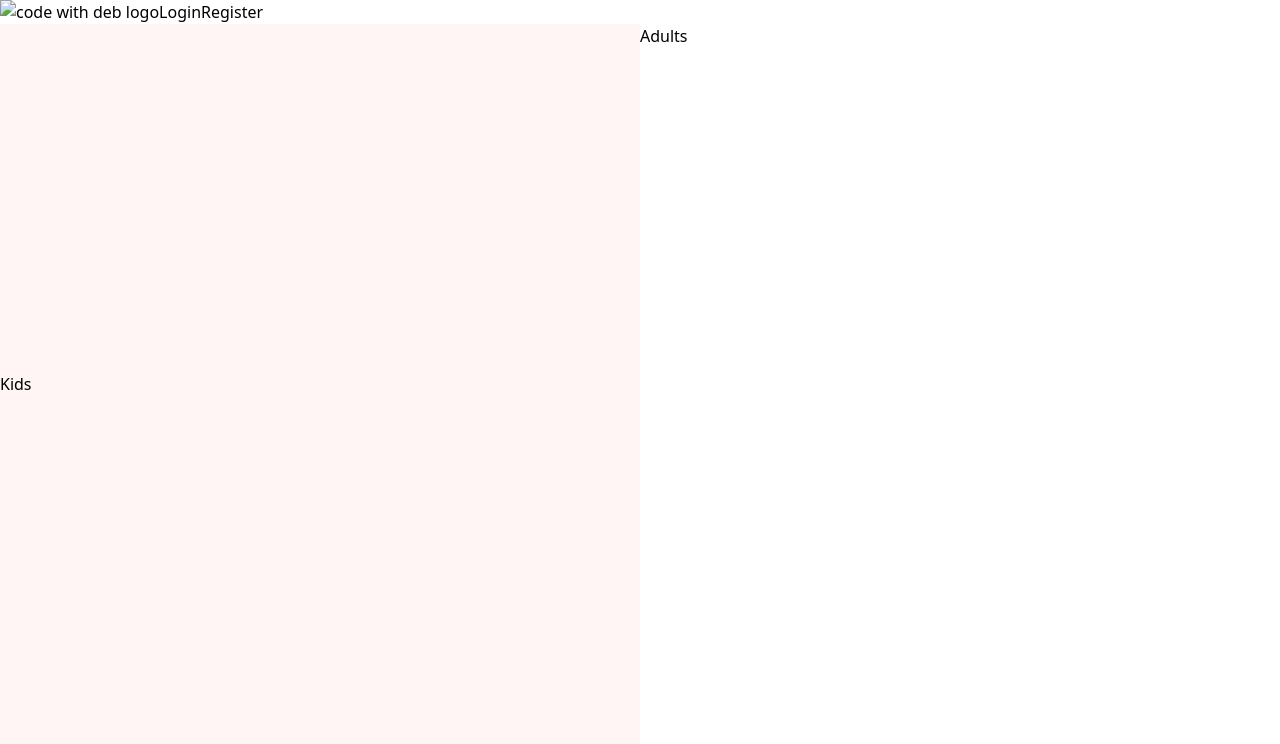
Repository: latenightsnacc/codewithdeb
Page: index.html
The author's editor kept a copy of each file at every save. The page is drawn from the files as they stood at one save, then again after the next save.
The browser window is 1280 px wide. The pictures show the whole page.

Above is the page before, as saved 2020-11-25 13:19:59.

After the next save:
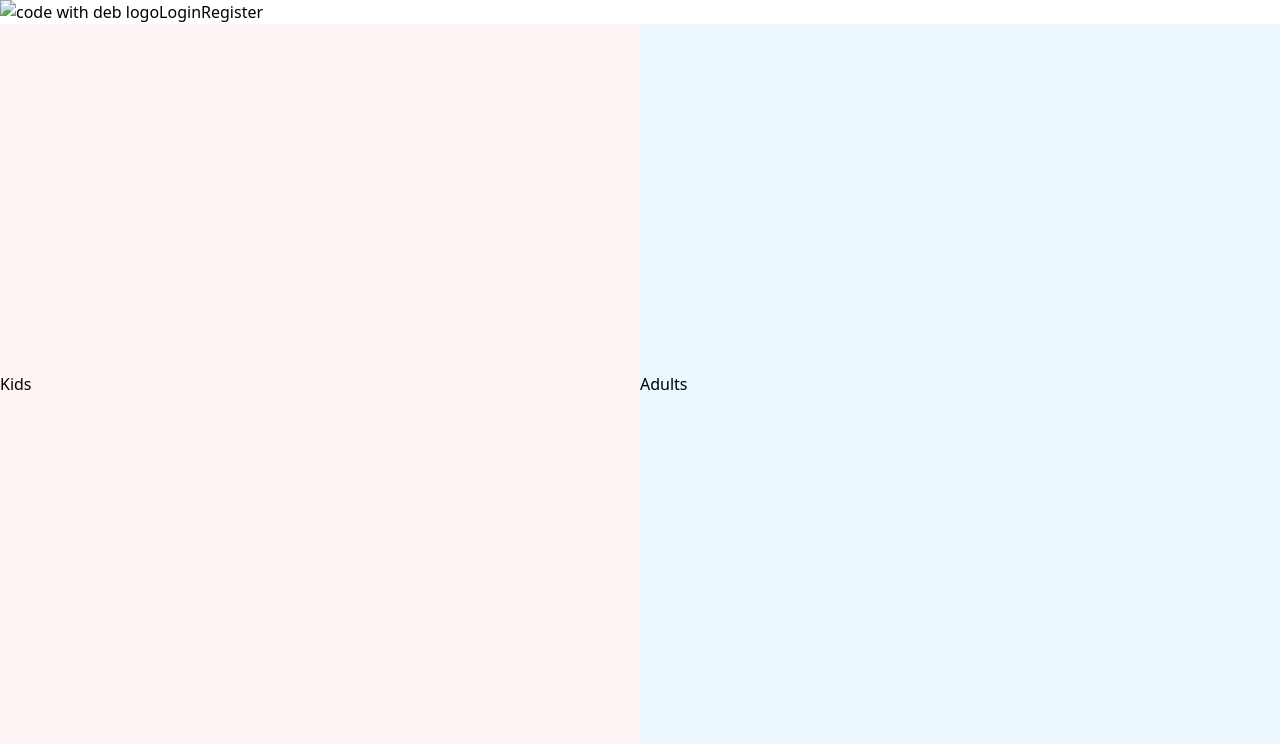
Saved 27 s later.
--- a/index.html
+++ b/index.html
@@ -34,7 +34,7 @@
         <div class="container ">
             <div class="flex flex-row items-center...">
                 <div class="w-1/2 h-screen flex items-center bg-red-100"><h1>Kids</h1></div>
-                <div class="w-1/2"><h1>Adults</h1></div>
+                <div class="w-1/2 h-screen flex items-center bg-blue-100"><h1>Adults</h1></div>
               </div>
         </div>
 
